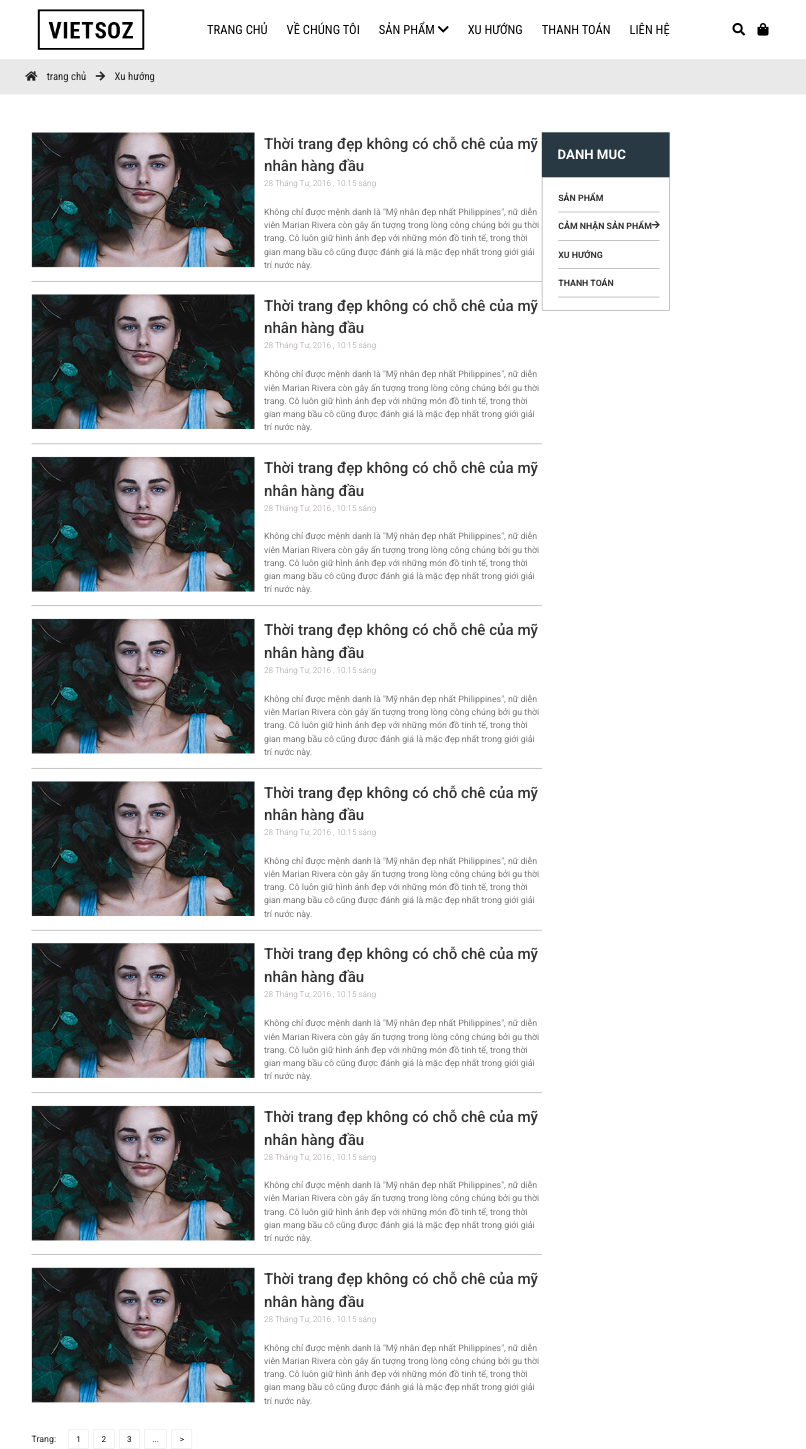
Repository: vinhtk0209/Vietsoz-reponsive
Page: index.html
An editor plug-in stored every save of this project. The page is shown before and after the next save, followed by the edit.
The browser window is 1280 px wide. The pictures show the whole page, at 63% of full size.

Above is the page before, as saved 2021-10-23 18:02:51.

### index.html
<!DOCTYPE html>
<html lang="en">
  <head>
    <meta charset="UTF-8" />
    <meta http-equiv="X-UA-Compatible" content="IE=edge" />
    <meta name="viewport" content="width=device-width, initial-scale=1.0" />
    <link rel="stylesheet" href="assets/css/reset.css" />
    <link rel="stylesheet" href="assets/css/global.css" />
    <link rel="stylesheet" href="assets/css/main.css" />
    <link rel="stylesheet" href="assets/fontawesome/css/all.css" />
    <link rel="stylesheet" href="assets/css/reponsive.css" />
    <link rel="preconnect" href="https://fonts.googleapis.com" />
    <link rel="preconnect" href="https://fonts.gstatic.com" crossorigin />
    <link
      href="https://fonts.googleapis.com/css2?family=Roboto:ital,wght@0,100;0,300;0,400;0,500;0,700;0,900;1,100;1,300;1,400;1,500;1,700;1,900&display=swap"
      rel="stylesheet"
    />
    <link rel="preconnect" href="https://fonts.googleapis.com" />
    <link rel="preconnect" href="https://fonts.gstatic.com" crossorigin />
    <link
      href="https://fonts.googleapis.com/css2?family=Roboto+Condensed:ital,wght@0,300;0,400;0,700;1,300;1,400;1,700&display=swap"
      rel="stylesheet"
    />
    <div id="fb-root"></div>
    <script
      async
      defer
      crossorigin="anonymous"
      src="https://connect.facebook.net/vi_VN/sdk.js#xfbml=1&version=v11.0"
      nonce="ecJjSUD8"
    ></script>
    <script
      src="https://code.jquery.com/jquery-3.6.0.js"
      integrity="sha256-H+K7U5CnXl1h5ywQfKtSj8PCmoN9aaq30gDh27Xc0jk="
      crossorigin="anonymous"
    ></script>
    <title>VIESOZ</title>
  </head>

  <body>
    <!-- wrapper starts -->
    <div class="wrapper">
      <!-- header starts -->
      <header class="header">
        <div class="container">
          <div
            class="wp-header-top d-flex align-i-center justify-content-between"
          >
            <div class="header-banner">
              <img src="assets/images/logo.png" alt="" />
            </div>
            <nav class="header-main-menu">
              <ul class="d-flex main-menu">
                <li><a href="">trang chủ</a></li>
                <li><a href="">về chúng tôi</a></li>
                <li class="product-have-menu">
                  <a href=""
                    >sản phẩm
                    <span class="arrow-down"
                      ><i class="fas fa-chevron-down"></i></span
                  ></a>
                </li>

                <li><a href="">xu hướng</a></li>
                <li><a href="">thanh toán</a></li>
                <li><a href="">liên hệ</a></li>
              </ul>
            </nav>
            <nav class="header-main-menu reponsive">
              <ul class="main-menu sub">
                <li><a href="">trang chủ</a></li>
                <li><a href="">về chúng tôi</a></li>
                <li class="product-have-menu">
                  <a href="">sản phẩm </a>
                </li>

                <li><a href="">xu hướng</a></li>
                <li><a href="">thanh toán</a></li>
                <li><a href="">liên hệ</a></li>
              </ul>
            </nav>
            <ul class="icon-menu d-flex">
              <li>
                <a href=""
                  ><span class="search"><i class="fas fa-search"></i></span
                ></a>
              </li>
              <li>
                <a href="" class="shopping-cart"
                  ><span class="icon-cart"
                    ><i class="fas fa-shopping-bag"></i></span
                ></a>
              </li>
            </ul>
            <div class="nav-bar">
              <i class="fas fa-bars"></i>
            </div>
          </div>
        </div>
        <div class="wp-head-extra-menu">
          <ul class="list-menu-header-extra d-flex container">
            <li>
              <a href="">
                <span class="home-icon">
                  <i class="fas fa-home"></i>
                </span>
              </a>
            </li>

            <li class="home-text">
              <a href="">trang chủ</a>
            </li>
            <li>
              <a href="">
                <span class="arrow-righ">
                  <i class="fas fa-arrow-right"></i>
                </span>
              </a>
            </li>
            <li class="trend">
              <a href="">Xu hướng</a>
            </li>
          </ul>
        </div>
      </header>
      <!-- header ends -->

      <!-- content starts -->
      <div id="content">
        <!-- wp-content starts -->
        <div class="container d-flex ju">
          <div class="wp-content-news">
            <ul class="list-news">
              <li>
                <div class="image-news">
                  <a href="">
                    <img src="assets/images/photo-92222.png" alt="" />
                  </a>
                </div>
                <div class="more-info">
                  <a href="" class="title"
                    >Thời trang đẹp không có chỗ chê của mỹ nhân hàng đầu
                  </a>
                  <p class="date">28 Tháng Tư, 2016 , 10:15 sáng</p>
                  <p class="content">
                    Không chỉ được mệnh danh là "Mỹ nhân đẹp nhất Philippines",
                    nữ diễn viên Marian Rivera còn gây ấn tượng trong lòng công
                    chúng bởi gu thời trang. Cô luôn giữ hình ảnh đẹp với những
                    món đồ tinh tế, trong thời gian mang bầu cô cũng được đánh
                    giá là mặc đẹp nhất trong giới giải trí nước này.
                  </p>
                </div>
              </li>
              <li>
                <div class="image-news">
                  <a href="">
                    <img src="assets/images/photo-92222.png" alt="" />
                  </a>
                </div>
                <div class="more-info">
                  <a href="" class="title"
                    >Thời trang đẹp không có chỗ chê của mỹ nhân hàng đầu
                  </a>
                  <p class="date">28 Tháng Tư, 2016 , 10:15 sáng</p>
                  <p class="content">
                    Không chỉ được mệnh danh là "Mỹ nhân đẹp nhất Philippines",
                    nữ diễn viên Marian Rivera còn gây ấn tượng trong lòng công
                    chúng bởi gu thời trang. Cô luôn giữ hình ảnh đẹp với những
                    món đồ tinh tế, trong thời gian mang bầu cô cũng được đánh
                    giá là mặc đẹp nhất trong giới giải trí nước này.
                  </p>
                </div>
              </li>
              <li>
                <div class="image-news">
                  <a href="">
                    <img src="assets/images/photo-92222.png" alt="" />
                  </a>
                </div>
                <div class="more-info">
                  <a href="" class="title"
                    >Thời trang đẹp không có chỗ chê của mỹ nhân hàng đầu
                  </a>
                  <p class="date">28 Tháng Tư, 2016 , 10:15 sáng</p>
                  <p class="content">
                    Không chỉ được mệnh danh là "Mỹ nhân đẹp nhất Philippines",
                    nữ diễn viên Marian Rivera còn gây ấn tượng trong lòng công
                    chúng bởi gu thời trang. Cô luôn giữ hình ảnh đẹp với những
                    món đồ tinh tế, trong thời gian mang bầu cô cũng được đánh
                    giá là mặc đẹp nhất trong giới giải trí nước này.
                  </p>
                </div>
              </li>
              <li>
                <div class="image-news">
                  <a href="">
                    <img src="assets/images/photo-92222.png" alt="" />
                  </a>
                </div>
                <div class="more-info">
                  <a href="" class="title"
                    >Thời trang đẹp không có chỗ chê của mỹ nhân hàng đầu
                  </a>
                  <p class="date">28 Tháng Tư, 2016 , 10:15 sáng</p>
                  <p class="content">
                    Không chỉ được mệnh danh là "Mỹ nhân đẹp nhất Philippines",
                    nữ diễn viên Marian Rivera còn gây ấn tượng trong lòng công
                    chúng bởi gu thời trang. Cô luôn giữ hình ảnh đẹp với những
                    món đồ tinh tế, trong thời gian mang bầu cô cũng được đánh
                    giá là mặc đẹp nhất trong giới giải trí nước này.
                  </p>
                </div>
              </li>
              <li>
                <div class="image-news">
                  <a href="">
                    <img src="assets/images/photo-92222.png" alt="" />
                  </a>
                </div>
                <div class="more-info">
                  <a href="" class="title"
                    >Thời trang đẹp không có chỗ chê của mỹ nhân hàng đầu
                  </a>
                  <p class="date">28 Tháng Tư, 2016 , 10:15 sáng</p>
                  <p class="content">
                    Không chỉ được mệnh danh là "Mỹ nhân đẹp nhất Philippines",
                    nữ diễn viên Marian Rivera còn gây ấn tượng trong lòng công
                    chúng bởi gu thời trang. Cô luôn giữ hình ảnh đẹp với những
                    món đồ tinh tế, trong thời gian mang bầu cô cũng được đánh
                    giá là mặc đẹp nhất trong giới giải trí nước này.
                  </p>
                </div>
              </li>
              <li>
                <div class="image-news">
                  <a href="">
                    <img src="assets/images/photo-92222.png" alt="" />
                  </a>
                </div>
                <div class="more-info">
                  <a href="" class="title"
                    >Thời trang đẹp không có chỗ chê của mỹ nhân hàng đầu
                  </a>
                  <p class="date">28 Tháng Tư, 2016 , 10:15 sáng</p>
                  <p class="content">
                    Không chỉ được mệnh danh là "Mỹ nhân đẹp nhất Philippines",
                    nữ diễn viên Marian Rivera còn gây ấn tượng trong lòng công
                    chúng bởi gu thời trang. Cô luôn giữ hình ảnh đẹp với những
                    món đồ tinh tế, trong thời gian mang bầu cô cũng được đánh
                    giá là mặc đẹp nhất trong giới giải trí nước này.
                  </p>
                </div>
              </li>
              <li>
                <div class="image-news">
                  <a href="">
                    <img src="assets/images/photo-92222.png" alt="" />
                  </a>
                </div>
                <div class="more-info">
                  <a href="" class="title"
                    >Thời trang đẹp không có chỗ chê của mỹ nhân hàng đầu
                  </a>
                  <p class="date">28 Tháng Tư, 2016 , 10:15 sáng</p>
                  <p class="content">
                    Không chỉ được mệnh danh là "Mỹ nhân đẹp nhất Philippines",
                    nữ diễn viên Marian Rivera còn gây ấn tượng trong lòng công
                    chúng bởi gu thời trang. Cô luôn giữ hình ảnh đẹp với những
                    món đồ tinh tế, trong thời gian mang bầu cô cũng được đánh
                    giá là mặc đẹp nhất trong giới giải trí nước này.
                  </p>
                </div>
              </li>
              <li>
                <div class="image-news">
                  <a href="">
                    <img src="assets/images/photo-92222.png" alt="" />
                  </a>
                </div>
                <div class="more-info">
                  <a href="" class="title"
                    >Thời trang đẹp không có chỗ chê của mỹ nhân hàng đầu
                  </a>
                  <p class="date">28 Tháng Tư, 2016 , 10:15 sáng</p>
                  <p class="content">
                    Không chỉ được mệnh danh là "Mỹ nhân đẹp nhất Philippines",
                    nữ diễn viên Marian Rivera còn gây ấn tượng trong lòng công
                    chúng bởi gu thời trang. Cô luôn giữ hình ảnh đẹp với những
                    món đồ tinh tế, trong thời gian mang bầu cô cũng được đánh
                    giá là mặc đẹp nhất trong giới giải trí nước này.
                  </p>
                </div>
              </li>
            </ul>
            <!-- num pages starts -->
            <div class="nums-page">
              <ul class="pages-num d-flex align-i-center">
                <li>trang:</li>
                <li><a href="">1</a></li>
                <li><a href="">2</a></li>
                <li><a href="">3</a></li>
                <li><a href="">...</a></li>
                <li><a href="">></a></li>
              </ul>
            </div>
            <!-- num pages ends -->
        </div>
        <!-- wp-content ends -->

        <!-- sidebar starts -->
        <div class="wp-content-list-caterory">
          <div class="box-caterory">
            <div class="box-title">
              <h3>danh muc</h3>
            </div>
            <div class="box-body">
              <ul>
                <li><a href="">sản phẩm</a></li>
                <li>
                  <a href=""
                    >cảm nhận sản phẩm
                    <span class="arrow-right"
                      ><i class="fas fa-arrow-right"></i></span
                  ></a>
                </li>
                <li><a href="">xu hướng</a></li>
                <li><a href="">thanh toán</a></li>
              </ul>
            </div>
          </div>
        <!-- sidebar ends -->
      </div>

      <!-- content ends -->
    </div>
    <!-- wrapper ends -->
    <script src="assets/js/main.js"></script>
  </body>
</html>

### assets/css/reset.css
/*
 * Bootstrap Reboot v4.3.1 (https://getbootstrap.com/)
 * Copyright 2011-2019 The Bootstrap Authors
 * Copyright 2011-2019 Twitter, Inc.
 * Licensed under MIT (https://github.com/twbs/bootstrap/blob/master/LICENSE)
 * Forked from Normalize.css, licensed MIT (https://github.com/necolas/normalize.css/blob/master/LICENSE.md)
 */

*,
*::before,
*::after {
    box-sizing: border-box;
}

html {
    font-family: sans-serif;
    line-height: 1.15;
    -webkit-text-size-adjust: 100%;
    -webkit-tap-highlight-color: rgba(0, 0, 0, 0);
}

article,
aside,
figcaption,
figure,
footer,
header,
hgroup,
main,
nav,
section {
    display: block;
}

body {
    margin: 0;
    font-family: -apple-system, BlinkMacSystemFont, "Segoe UI", Roboto, "Helvetica Neue", Arial, "Noto Sans", sans-serif, "Apple Color Emoji", "Segoe UI Emoji", "Segoe UI Symbol", "Noto Color Emoji";
    font-size: 1rem;
    font-weight: 400;
    line-height: 1.5;
    color: #212529;
    text-align: left;
    background-color: #fff;
}

[tabindex="-1"]:focus {
    outline: 0 !important;
}

hr {
    box-sizing: content-box;
    height: 0;
    overflow: visible;
}

h1,
h2,
h3,
h4,
h5,
h6 {
    margin-top: 0;
    margin-bottom: 0.5rem;
}

p {
    margin-top: 0;
    margin-bottom: 1rem;
}

abbr[title],
abbr[data-original-title] {
    text-decoration: underline;
    -webkit-text-decoration: underline dotted;
    text-decoration: underline dotted;
    cursor: help;
    border-bottom: 0;
    -webkit-text-decoration-skip-ink: none;
    text-decoration-skip-ink: none;
}

address {
    margin-bottom: 1rem;
    font-style: normal;
    line-height: inherit;
}

ol,
ul,
dl {
    margin-top: 0;
    margin-bottom: 1rem;
}

ol ol,
ul ul,
ol ul,
ul ol {
    margin-bottom: 0;
}

dt {
    font-weight: 700;
}

dd {
    margin-bottom: .5rem;
    margin-left: 0;
}

blockquote {
    margin: 0 0 1rem;
}

b,
strong {
    font-weight: bolder;
}

small {
    font-size: 80%;
}

sub,
sup {
    position: relative;
    font-size: 75%;
    line-height: 0;
    vertical-align: baseline;
}

sub {
    bottom: -.25em;
}

sup {
    top: -.5em;
}

a {
    color: #007bff;
    text-decoration: none;
    background-color: transparent;
}

a:hover {
    color: #0056b3;
    text-decoration: underline;
}

a:not([href]):not([tabindex]) {
    color: inherit;
    text-decoration: none;
}

a:not([href]):not([tabindex]):hover,
a:not([href]):not([tabindex]):focus {
    color: inherit;
    text-decoration: none;
}

a:not([href]):not([tabindex]):focus {
    outline: 0;
}

pre,
code,
kbd,
samp {
    font-family: SFMono-Regular, Menlo, Monaco, Consolas, "Liberation Mono", "Courier New", monospace;
    font-size: 1em;
}

pre {
    margin-top: 0;
    margin-bottom: 1rem;
    overflow: auto;
}

figure {
    margin: 0 0 1rem;
}

img {
    vertical-align: middle;
    border-style: none;
}

svg {
    overflow: hidden;
    vertical-align: middle;
}

table {
    border-collapse: collapse;
}

caption {
    padding-top: 0.75rem;
    padding-bottom: 0.75rem;
    color: #6c757d;
    text-align: left;
    caption-side: bottom;
}

th {
    text-align: inherit;
}

label {
    display: inline-block;
    margin-bottom: 0.5rem;
}

button {
    border-radius: 0;
}

button:focus {
    outline: 1px dotted;
    outline: 5px auto -webkit-focus-ring-color;
}

input,
button,
select,
optgroup,
textarea {
    margin: 0;
    font-family: inherit;
    font-size: inherit;
    line-height: inherit;
}

button,
input {
    overflow: visible;
}

button,
select {
    text-transform: none;
}

select {
    word-wrap: normal;
}

button,
[type="button"],
[type="reset"],
[type="submit"] {
    -webkit-appearance: button;
}

button:not(:disabled),
[type="button"]:not(:disabled),
[type="reset"]:not(:disabled),
[type="submit"]:not(:disabled) {
    cursor: pointer;
}

button::-moz-focus-inner,
[type="button"]::-moz-focus-inner,
[type="reset"]::-moz-focus-inner,
[type="submit"]::-moz-focus-inner {
    padding: 0;
    border-style: none;
}

input[type="radio"],
input[type="checkbox"] {
    box-sizing: border-box;
    padding: 0;
}

input[type="date"],
input[type="time"],
input[type="datetime-local"],
input[type="month"] {
    -webkit-appearance: listbox;
}

textarea {
    overflow: auto;
    resize: vertical;
}

fieldset {
    min-width: 0;
    padding: 0;
    margin: 0;
    border: 0;
}

legend {
    display: block;
    width: 100%;
    max-width: 100%;
    padding: 0;
    margin-bottom: .5rem;
    font-size: 1.5rem;
    line-height: inherit;
    color: inherit;
    white-space: normal;
}

progress {
    vertical-align: baseline;
}

[type="number"]::-webkit-inner-spin-button,
[type="number"]::-webkit-outer-spin-button {
    height: auto;
}

[type="search"] {
    outline-offset: -2px;
    -webkit-appearance: none;
}

[type="search"]::-webkit-search-decoration {
    -webkit-appearance: none;
}

::-webkit-file-upload-button {
    font: inherit;
    -webkit-appearance: button;
}

output {
    display: inline-block;
}

summary {
    display: list-item;
    cursor: pointer;
}

template {
    display: none;
}

[hidden] {
    display: none !important;
}


/*# sourceMappingURL=bootstrap-reboot.css.map */

### assets/css/global.css
/* .text-center{
    text-align: center;
}
.text-left{
    text-align: left;
}
.text-right{
    text-align: right;
}
.float-left{
    float:left;

}
.float-right{
    float:right;
}
.container{
    width:1150px;
    margin:0px auto;


}
.flex-space{
    display:flex;
    justify-content:space-between;
}
.align-i-center{
    align-items: center;
}
.mg-top-30{
    margin-top: 30px;
}
.mg-top-22{
    margin-top: 22px;
}
.d-flex{
    display:flex;
}
.bg-black{

    background-color: #131619;
}
.pt-10{
    padding-top: 10px;
} */
.container {
    max-width: 1200px;

    margin: 0px auto;
    /* display:flex; */

}

.justify-content-between {
    justify-content: space-between;
}

.d-flex {
    display: flex;
}

.jus-between {
    justify-content: space-between;
}

.align-i-center {
    align-items: center;
}

.mg-bottom-80 {
    margin-bottom: 80px;
}

.fl-basics-30 {
    flex-basis: 30%;
}

.pd-top-40 {
    padding-top: 40px;
}
.pd-top-10{
    padding-top:10px;
}
.text-center {
    text-align: center;
}

### assets/css/reponsive.css
@media screen and (max-width: 1040px) {
    nav.header-main-menu{
        display: none;
    }
    .nav-bar{
        display: block;
    }
}
@media screen and (max-width: 768px) {
    .wp-content-news ul.list-news li .more-info p.content,
    .wp-content-news ul.list-news li .more-info p.date{
        display:none;
    }

}
@media screen and (max-width: 530px) {
    .wp-content-news ul.list-news li{
        flex-direction: column;
    }
    .wp-content-news ul.list-news li .more-info{
        padding-right: 120px;
        padding-left: 5px;
    }

}
@media screen and (max-width: 450px) {
    .wp-content-news ul.list-news li .more-info a.title{
        font-size: 15px;
    }

}

Loaded but not shown: assets/fontawesome/css/all.css (library); assets/js/main.js (5 lines, source omitted); assets/css/main.css (435 lines, source omitted)

After the next save:
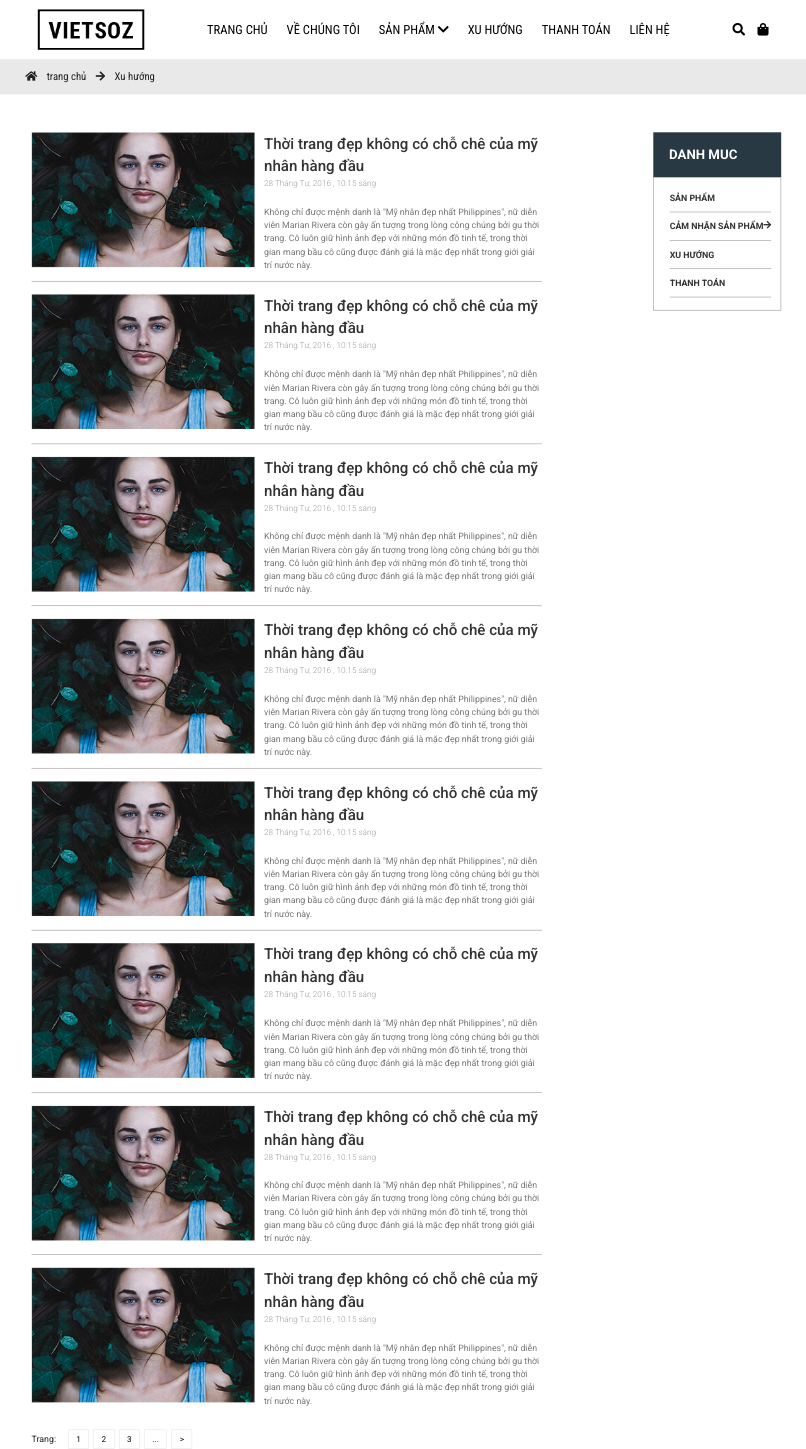
Saved 4 s later.
--- a/index.html
+++ b/index.html
@@ -128,7 +128,7 @@
       <!-- content starts -->
       <div id="content">
         <!-- wp-content starts -->
-        <div class="container d-flex ju">
+        <div class="container d-flex justify-content-between">
           <div class="wp-content-news">
             <ul class="list-news">
               <li>
